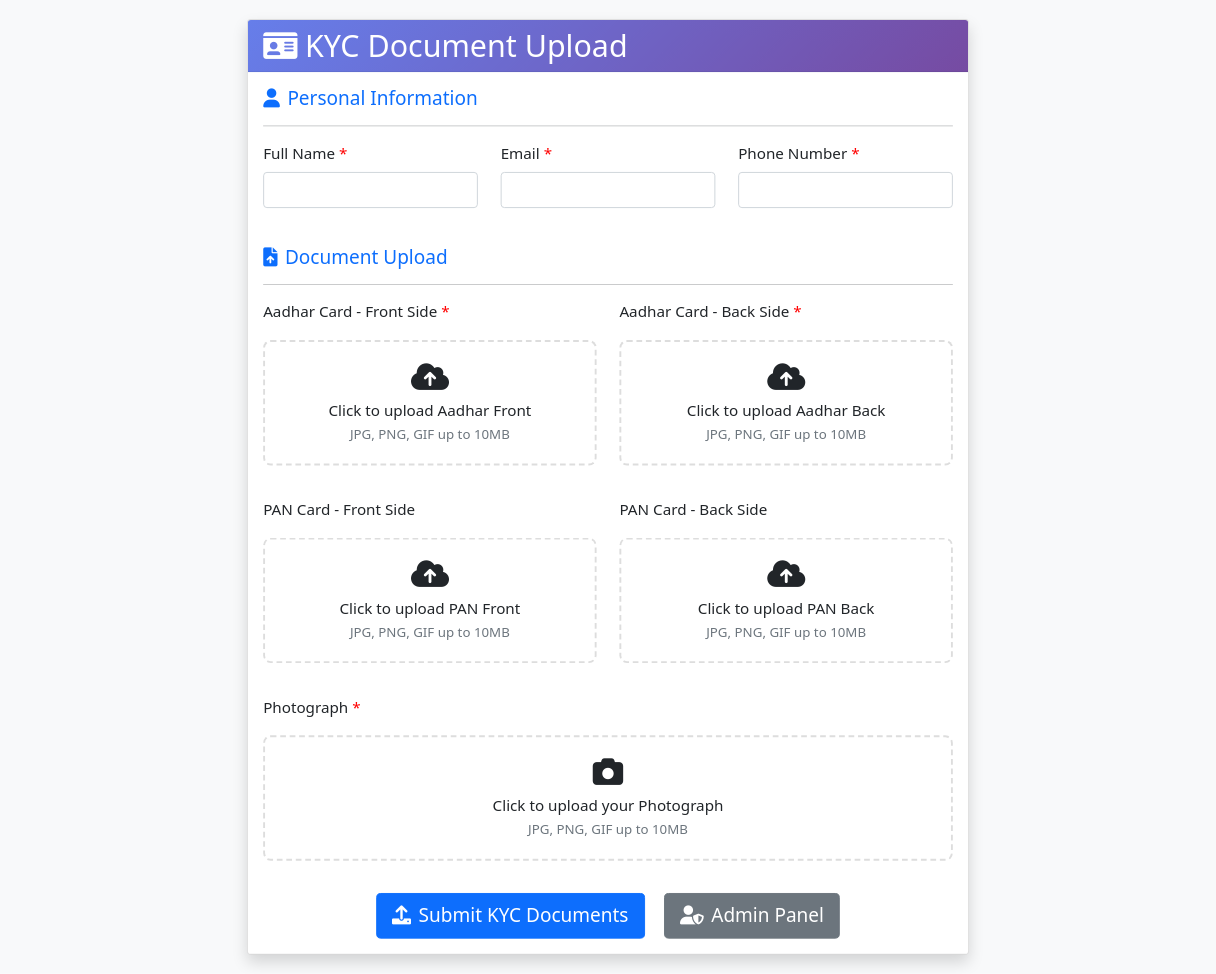
Repository: ashutosh-shukla/microservices
Page: http://localhost/FRONTEND-UI/WEB-INF/views/kyc-upload.jsp
These files come from the project's save history. The page is drawn as it stood at one moment and after the next save; the edit follows.
The browser window is 1280 px wide. The pictures show the whole page, at 95% of full size.
The page is served by Tomcat 9. Nobody is signed in. Other server files are loaded and not shown. The template is opened directly, without the code that normally fills it, so the values that code supplies are empty.

Above is the page before, as saved 2025-07-27 17:17:50.

### FRONTEND-UI/src/main/webapp/WEB-INF/views/kyc-upload.jsp
<%@ page contentType="text/html;charset=UTF-8" language="java" %>
<%@ taglib prefix="c" uri="http://java.sun.com/jsp/jstl/core" %>
<!DOCTYPE html>
<html lang="en">
<head>
    <meta charset="UTF-8">
    <meta name="viewport" content="width=device-width, initial-scale=1.0">
    <title>KYC Document Upload</title>
    <link href="https://cdn.jsdelivr.net/npm/bootstrap@5.1.3/dist/css/bootstrap.min.css" rel="stylesheet">
    <link href="https://cdnjs.cloudflare.com/ajax/libs/font-awesome/6.0.0/css/all.min.css" rel="stylesheet">
    <style>
        .upload-container {
            max-width: 800px;
            margin: 0 auto;
            padding: 20px;
        }
        .file-upload-wrapper {
            position: relative;
            margin: 10px 0;
        }
        .file-upload-input {
            display: none;
        }
        .file-upload-label {
            display: block;
            padding: 20px;
            border: 2px dashed #ddd;
            border-radius: 8px;
            text-align: center;
            cursor: pointer;
            transition: all 0.3s ease;
        }
        .file-upload-label:hover {
            border-color: #007bff;
            background-color: #f8f9fa;
        }
        .file-upload-label.has-file {
            border-color: #28a745;
            background-color: #d4edda;
        }
        .preview-container {
            margin-top: 10px;
            text-align: center;
        }
        .preview-image {
            max-width: 200px;
            max-height: 150px;
            border-radius: 8px;
            box-shadow: 0 2px 8px rgba(0,0,0,0.1);
        }
        .required-field {
            color: red;
        }
        .card-header {
            background: linear-gradient(135deg, #667eea 0%, #764ba2 100%);
            color: white;
        }
    </style>
</head>
<body class="bg-light">
    <div class="container-fluid">
        <div class="upload-container">
            <div class="card shadow">
                <div class="card-header">
                    <h2 class="mb-0"><i class="fas fa-id-card me-2"></i>KYC Document Upload</h2>
                </div>
                <div class="card-body">
                    <!-- Alert Messages -->
                    <c:if test="${not empty success}">
                        <div class="alert alert-success alert-dismissible fade show" role="alert">
                            <i class="fas fa-check-circle me-2"></i>${success}
                            <button type="button" class="btn-close" data-bs-dismiss="alert"></button>
                        </div>
                    </c:if>

                    <c:if test="${not empty error}">
                        <div class="alert alert-danger alert-dismissible fade show" role="alert">
                            <i class="fas fa-exclamation-circle me-2"></i>${error}
                            <button type="button" class="btn-close" data-bs-dismiss="alert"></button>
                        </div>
                    </c:if>

                    <form action=="${pageContext.request.contextPath}/customers/dashboard/${customerId}" method="post" enctype="multipart/form-data" id="kycForm">
                        <!-- Personal Information -->
                        <div class="row mb-4">
                            <div class="col-12">
                                <h5 class="text-primary"><i class="fas fa-user me-2"></i>Personal Information</h5>
                                <hr>
                            </div>
                            <div class="col-md-4 mb-3">
                                <label for="fullName" class="form-label">Full Name <span class="required-field">*</span></label>
                                <input type="text" class="form-control" id="fullName" name="fullName" required>
                            </div>
                            <div class="col-md-4 mb-3">
                                <label for="email" class="form-label">Email <span class="required-field">*</span></label>
                                <input type="email" class="form-control" id="email" name="email" required>
                            </div>
                            <div class="col-md-4 mb-3">
                                <label for="phoneNumber" class="form-label">Phone Number <span class="required-field">*</span></label>
                                <input type="tel" class="form-control" id="phoneNumber" name="phoneNumber" required>
                            </div>
                        </div>

                        <!-- Document Uploads -->
                        <div class="row">
                            <div class="col-12">
                                <h5 class="text-primary"><i class="fas fa-file-upload me-2"></i>Document Upload</h5>
                                <hr>
                            </div>

                            <!-- Aadhar Front -->
                            <div class="col-md-6 mb-4">
                                <label class="form-label">Aadhar Card - Front Side <span class="required-field">*</span></label>
                                <div class="file-upload-wrapper">
                                    <input type="file" id="aadharFront" name="aadharFront" class="file-upload-input" accept="image/*" required>
                                    <label for="aadharFront" class="file-upload-label">
                                        <i class="fas fa-cloud-upload-alt fa-2x mb-2"></i>
                                        <div>Click to upload Aadhar Front</div>
                                        <small class="text-muted">JPG, PNG, GIF up to 10MB</small>
                                    </label>
                                    <div class="preview-container" id="aadharFrontPreview"></div>
                                </div>
                            </div>

                            <!-- Aadhar Back -->
                            <div class="col-md-6 mb-4">
                                <label class="form-label">Aadhar Card - Back Side <span class="required-field">*</span></label>
                                <div class="file-upload-wrapper">
                                    <input type="file" id="aadharBack" name="aadharBack" class="file-upload-input" accept="image/*" required>
                                    <label for="aadharBack" class="file-upload-label">
                                        <i class="fas fa-cloud-upload-alt fa-2x mb-2"></i>
                                        <div>Click to upload Aadhar Back</div>
                                        <small class="text-muted">JPG, PNG, GIF up to 10MB</small>
                                    </label>
                                    <div class="preview-container" id="aadharBackPreview"></div>
                                </div>
                            </div>

                            <!-- PAN Front -->
                            <div class="col-md-6 mb-4">
                                <label class="form-label">PAN Card - Front Side</label>
                                <div class="file-upload-wrapper">
                                    <input type="file" id="panFront" name="panFront" class="file-upload-input" accept="image/*">
                                    <label for="panFront" class="file-upload-label">
                                        <i class="fas fa-cloud-upload-alt fa-2x mb-2"></i>
                                        <div>Click to upload PAN Front</div>
                                        <small class="text-muted">JPG, PNG, GIF up to 10MB</small>
                                    </label>
                                    <div class="preview-container" id="panFrontPreview"></div>
                                </div>
                            </div>

                            <!-- PAN Back -->
                            <div class="col-md-6 mb-4">
                                <label class="form-label">PAN Card - Back Side</label>
                                <div class="file-upload-wrapper">
                                    <input type="file" id="panBack" name="panBack" class="file-upload-input" accept="image/*">
                                    <label for="panBack" class="file-upload-label">
                                        <i class="fas fa-cloud-upload-alt fa-2x mb-2"></i>
                                        <div>Click to upload PAN Back</div>
                                        <small class="text-muted">JPG, PNG, GIF up to 10MB</small>
                                    </label>
                                    <div class="preview-container" id="panBackPreview"></div>
                                </div>
                            </div>

                            <!-- Photograph -->
                            <div class="col-md-12 mb-4">
                                <label class="form-label">Photograph <span class="required-field">*</span></label>
                                <div class="file-upload-wrapper">
                                    <input type="file" id="photograph" name="photograph" class="file-upload-input" accept="image/*" required>
                                    <label for="photograph" class="file-upload-label">
                                        <i class="fas fa-camera fa-2x mb-2"></i>
                                        <div>Click to upload your Photograph</div>
                                        <small class="text-muted">JPG, PNG, GIF up to 10MB</small>
                                    </label>
                                    <div class="preview-container" id="photographPreview"></div>
                                </div>
                            </div>
                        </div>

                        <div class="row">
                            <div class="col-12 text-center">
                                <button type="submit" class="btn btn-primary btn-lg me-3">
                                    <i class="fas fa-upload me-2"></i>Submit KYC Documents
                                </button>
                                <a href="/kyc/admin" class="btn btn-secondary btn-lg">
                                    <i class="fas fa-user-shield me-2"></i>Admin Panel
                                </a>
                            </div>
                        </div>
                    </form>
                </div>
            </div>
        </div>
    </div>

    <script src="https://cdn.jsdelivr.net/npm/bootstrap@5.1.3/dist/js/bootstrap.bundle.min.js"></script>
    <script>
        // File upload preview functionality
        function setupFilePreview(inputId, previewId) {
            const input = document.getElementById(inputId);
            const label = input.nextElementSibling;
            const preview = document.getElementById(previewId);

            input.addEventListener('change', function(e) {
                const file = e.target.files[0];
                if (file) {
                    label.classList.add('has-file');

                    // Simple file size display without complex calculations
                    let sizeText = 'File selected';
                    if (file.size) {
                        const kb = Math.round(file.size / 1024);
                        if (kb > 1024) {
                            sizeText = Math.round(kb / 1024) + ' MB';
                        } else {
                            sizeText = kb + ' KB';
                        }
                    }

                    label.innerHTML = '<i class="fas fa-check-circle fa-2x mb-2 text-success"></i>' +
                                    '<div>' + file.name + '</div>' +
                                    '<small class="text-muted">' + sizeText + '</small>';

                    // Show preview
                    const reader = new FileReader();
                    reader.onload = function(e) {
                        preview.innerHTML = '<img src="' + e.target.result + '" class="preview-image" alt="Preview">';
                    };
                    reader.readAsDataURL(file);
                } else {
                    label.classList.remove('has-file');
                    preview.innerHTML = '';
                }
            });
        }

        // Setup preview for all file inputs
        setupFilePreview('aadharFront', 'aadharFrontPreview');
        setupFilePreview('aadharBack', 'aadharBackPreview');
        setupFilePreview('panFront', 'panFrontPreview');
        setupFilePreview('panBack', 'panBackPreview');
        setupFilePreview('photograph', 'photographPreview');

        // Form validation
        document.getElementById('kycForm').addEventListener('submit', function(e) {
            const requiredFields = ['fullName', 'email', 'phoneNumber', 'aadharFront', 'aadharBack', 'photograph'];
            let isValid = true;

            requiredFields.forEach(function(fieldId) {
                const field = document.getElementById(fieldId);
                if (!field.value || field.value.trim() === '') {
                    isValid = false;
                    field.classList.add('is-invalid');
                } else {
                    field.classList.remove('is-invalid');
                }
            });

            if (!isValid) {
                e.preventDefault();
                alert('Please fill all required fields and upload required documents.');
            }
        });
    </script>
</body>
</html>

After the next save:
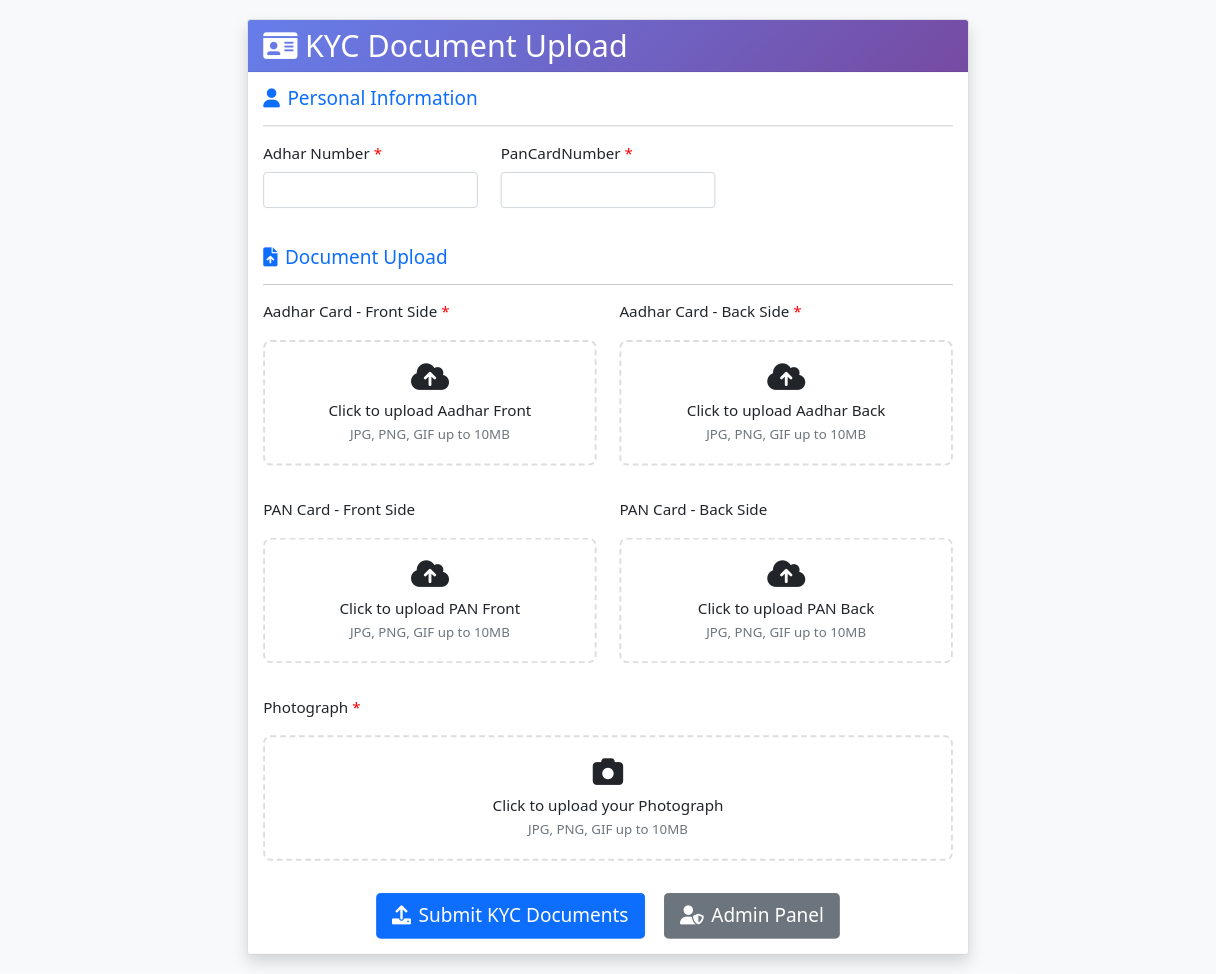
Saved 76 s later.
--- a/FRONTEND-UI/src/main/webapp/WEB-INF/views/kyc-upload.jsp
+++ b/FRONTEND-UI/src/main/webapp/WEB-INF/views/kyc-upload.jsp
@@ -88,17 +88,14 @@
                                 <hr>
                             </div>
                             <div class="col-md-4 mb-3">
-                                <label for="fullName" class="form-label">Full Name <span class="required-field">*</span></label>
+                                <label for="AdharCard Number" class="form-label">Adhar Number <span class="required-field">*</span></label>
                                 <input type="text" class="form-control" id="fullName" name="fullName" required>
                             </div>
                             <div class="col-md-4 mb-3">
-                                <label for="email" class="form-label">Email <span class="required-field">*</span></label>
-                                <input type="email" class="form-control" id="email" name="email" required>
-                            </div>
-                            <div class="col-md-4 mb-3">
-                                <label for="phoneNumber" class="form-label">Phone Number <span class="required-field">*</span></label>
-                                <input type="tel" class="form-control" id="phoneNumber" name="phoneNumber" required>
-                            </div>
+                                <label for="PanCard Number" class="form-label">PanCardNumber <span class="required-field">*</span></label>
+                                <input type="text" class="form-control" id="email" name="email" required>
+                            </div>
+
                         </div>
 
                         <!-- Document Uploads -->
